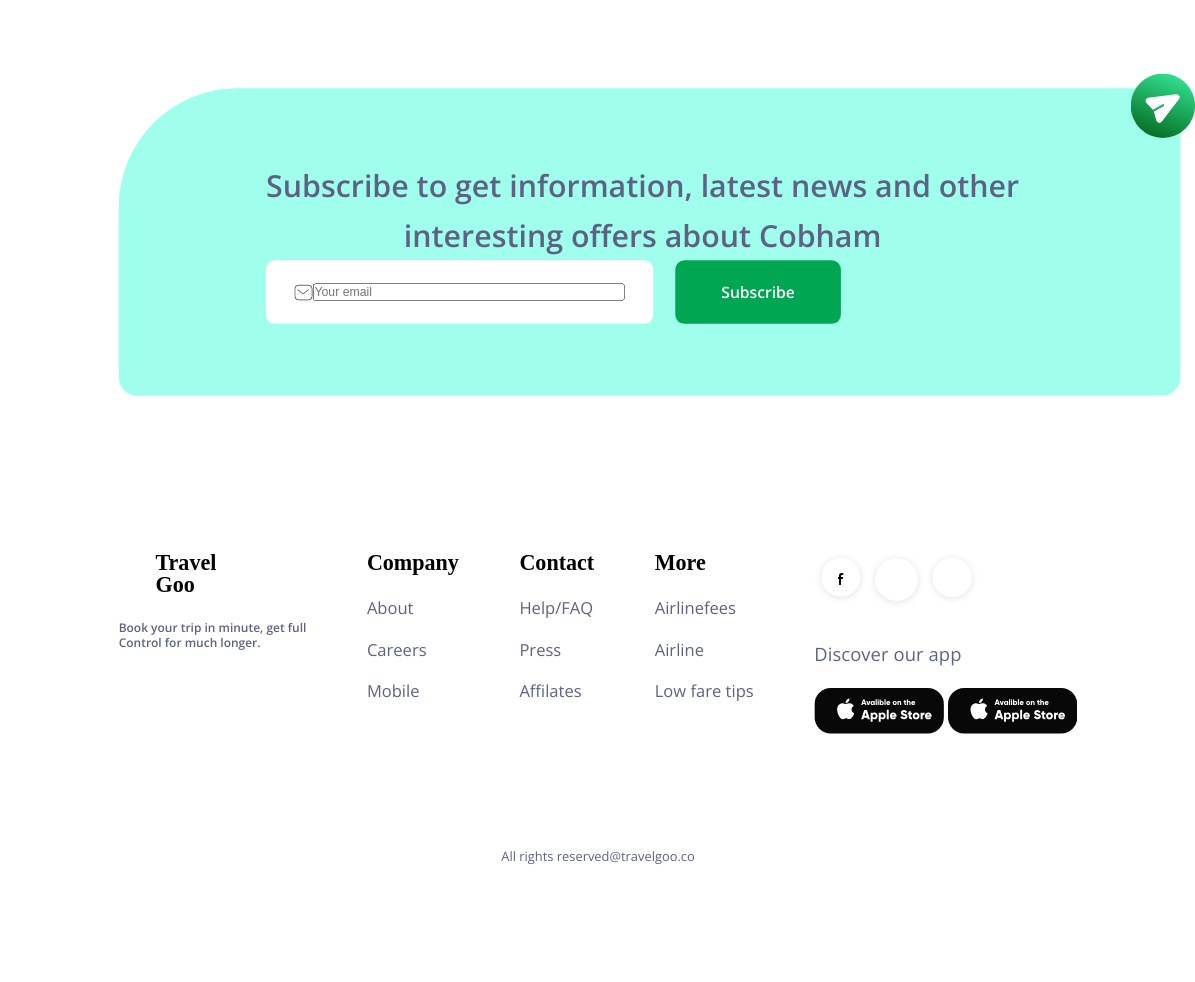
Repository: HeybetzadeQedim/task-5
Page: index.html
An editor plug-in stored every save of this project. The page is shown before and after the next save, followed by the edit.
The browser window is 1280 px wide. The page is 1299 px wide, so the pictures cover 1299 px, including what lies to the right of the window. The pictures show the whole page, at 92% of full size.
Some web fonts or font styles are not loaded; a fallback is used.

Above is the page before, as saved 2023-10-16 16:18:37.

### index.html
<!DOCTYPE html>
<html lang="en">
  <head>
    <meta charset="UTF-8" />
    <meta name="viewport" content="width=device-width, initial-scale=1.0" />
    <title>Document</title>
    <link rel="stylesheet" href="./index.css" />
  </head>
  <body>
    <div class="container">
      <div class="relative-container">
        <div class="box-container">
          <h1>
            Subscribe to get information, latest news and other interesting
            offers about Cobham
          </h1>

  <form action="">

    <div class="input-box">
        <svg xmlns="http://www.w3.org/2000/svg" width="21" height="18" viewBox="0 0 21 18" fill="none">
            <path d="M4 6L9.4 10.05C9.75556 10.3167 10.2444 10.3167 10.6 10.05L16 6" stroke="#39425D" stroke-linecap="round"/>
            <rect x="0.5" y="0.5" width="20" height="17" rx="4.5" stroke="#39425D"/>
            </svg>
        <input type="text" placeholder="Your email">
    </div>
    <button>Subscribe</button>
  </form>
        </div>
        <div class="image-container">
          <img src="images/Group 77 (1).svg" />
        </div>
      </div>

      <div class="main-container">
        <div class="main-box">
          <div class="position-container">
            <h2>
              Travel<br />
              Goo
            </h2>
            <p>
              Book your trip in minute, get full<br />
              Control for much longer.
            </p>
          </div>


            <ul>
                <h2>Company</h2>
              <li>About</li>
              <li>Careers</li>
              <li>Mobile</li>
            </ul>

            <ul>
                <h2>Contact</h2>
              <li>Help/FAQ</li>
              <li>Press</li>
              <li>Affilates</li>
            </ul>
            <ul>
                <h2>More</h2>
              <li>Airlinefees</li>
              <li>Airline</li>
              <li>Low fare tips</li>
</ul>
          <div class="last-container">
            <div class="circle-box">
                <img src="images/Social.svg" />
                <img src="images/Background (1).svg" />
                <img src="images/Background (1).svg" />
            </div>
           <p>Discover our app</p>
      <div class="buttons-box">
              <img src="images/Play Store.svg" />
            <img src="images/Play Store.svg" />
      </div>
          </div>
        </div>
        <div class="footer-box">
          <p>All rights reserved@travelgoo.co</p>
        </div>
      </div>
    </div>
  </body>
</html>

### index.css
@import url("https://fonts.googleapis.com/css2?family=Laila:wght@700&family=Montserrat&family=Open+Sans:wght@400;600;700&display=swap");
* {
  padding: 0;
  margin: 0;
  box-sizing: border-box;
}
.container {
  padding: 96px 109px 64px 129px;
}
.box-container {
  padding: 79px 175px 78px 160px;
  border-radius: 0px 24px 0px 50px;
  display: inline-block;
  background: #9fffec;
  border-radius: 129px 20px 20px 20px;
}
.box-container h1 {
  width: 819px;
  color: var(--TEXT-CLR, #5e6282);
  text-align: center;
  font-family: Open Sans;
  font-size: 33px;
  font-style: normal;
  font-weight: 600;
  line-height: 54px; /* 163.636% */
}
.box-container img:first-child {
  width: 70px;
  height: 70px;
}
.image-container {
  position: absolute;
  top: -16px;
  right: 0;
}
.relative-container {
  width: 1170px;
  position: relative;
  margin-bottom: 170px;
}
.flex-container {
  display: flex;
}
.flex-container-2 {
  margin-top: 75px;
  padding: 25px 0 25px 31px;
  width: 421px;
  display: flex;
  border-radius: 10px;
  background: var(--white, #fff);
}
.flex-container-2 img:first-child {
  width: 21px;
  height: 18px;
}
.flex-container-2 p {
  margin-left: 14px;
  color: var(--TEXT-COLOR, #39425d);
  font-family: Montserrat;
  font-size: 14px;
  font-style: normal;
  font-weight: 400;
  line-height: normal;
}
.button-container p {

}
.main-container .main-box {
  display: flex;
  justify-content: space-between;
}
.position-container {
  /* position: absolute; */
}
.main-container h2 {
  margin-bottom: 25px;
  /* margin-left: 40px; */
  color: #000;
  font-family: Laila;
  font-size: 24px;
  font-style: normal;
  font-weight: 700;
  line-height: 102.5%;
}
.position-container h2 {
  margin-left: 40px;
}
.main-container p {
  color: var(--TEXT-CLR, #5e6282);
  font-family: Open Sans;
  font-size: 13px;
  font-style: normal;
  font-weight: 600;
  line-height: 124.5%;
}
ul h2 {
  margin-bottom: 47px;
}

ul li {
  margin-bottom: 23px;
  list-style-type: none;
  color: var(--TEXT-CLR, #5e6282);
  font-family: Open Sans;
  font-size: 18px;
  font-style: normal;
  font-weight: 400;
  line-height: 124.5%;
}

.last-container p {
  /* margin-right: 160px; */
  margin-bottom: 22px;
  margin-top: 37px;
  color: var(--TEXT-CLR, #5e6282);
  font-family: Open Sans;
  font-size: 20px;
  font-style: normal;
  font-weight: 400;
  line-height: 124.5%;
  letter-spacing: 0.1px;
}
.last-container .circle-box img:first-child {
  width: 58px;
  height: 58px;
}
.last-container .circle-box img:nth-child(2) {
  width: 63px;
  height: 63px;
}
.last-container .circle-box img:nth-child(3) {
  /* margin-right: 150px; */
  width: 58px;
  height: 58px;
}

.footer-box p {
  margin-top: 120px;
  margin-bottom: 64px;
  text-align: center;
  color: var(--TEXT-CLR, #5e6282);
  font-family: Open Sans;
  font-size: 14px;
  font-style: normal;
  font-weight: 400;
  line-height: 124.5%;
}

.circle-box {
  display: flex;
}
form{
  display: flex;
}

form button{
  margin-left: 24px;
  padding: 22px 50px 23px 50px;
  border-radius: 10px;
  background-color: #00a651;
  display: inline-block;
  color: var(--white, #fff);
  text-align: center;
  font-family: Open Sans;
  font-size: 17px;
  font-style: normal;
  font-weight: 600;
  line-height: normal;
  border: none;
}
form .input-box{
  width: 421px;
  padding: 25px 31px;
  border-radius: 10px;
background: var(--white, #FFF);
display: flex;
align-items: center;

}
form input{
width: 100%;

}

After the next save:
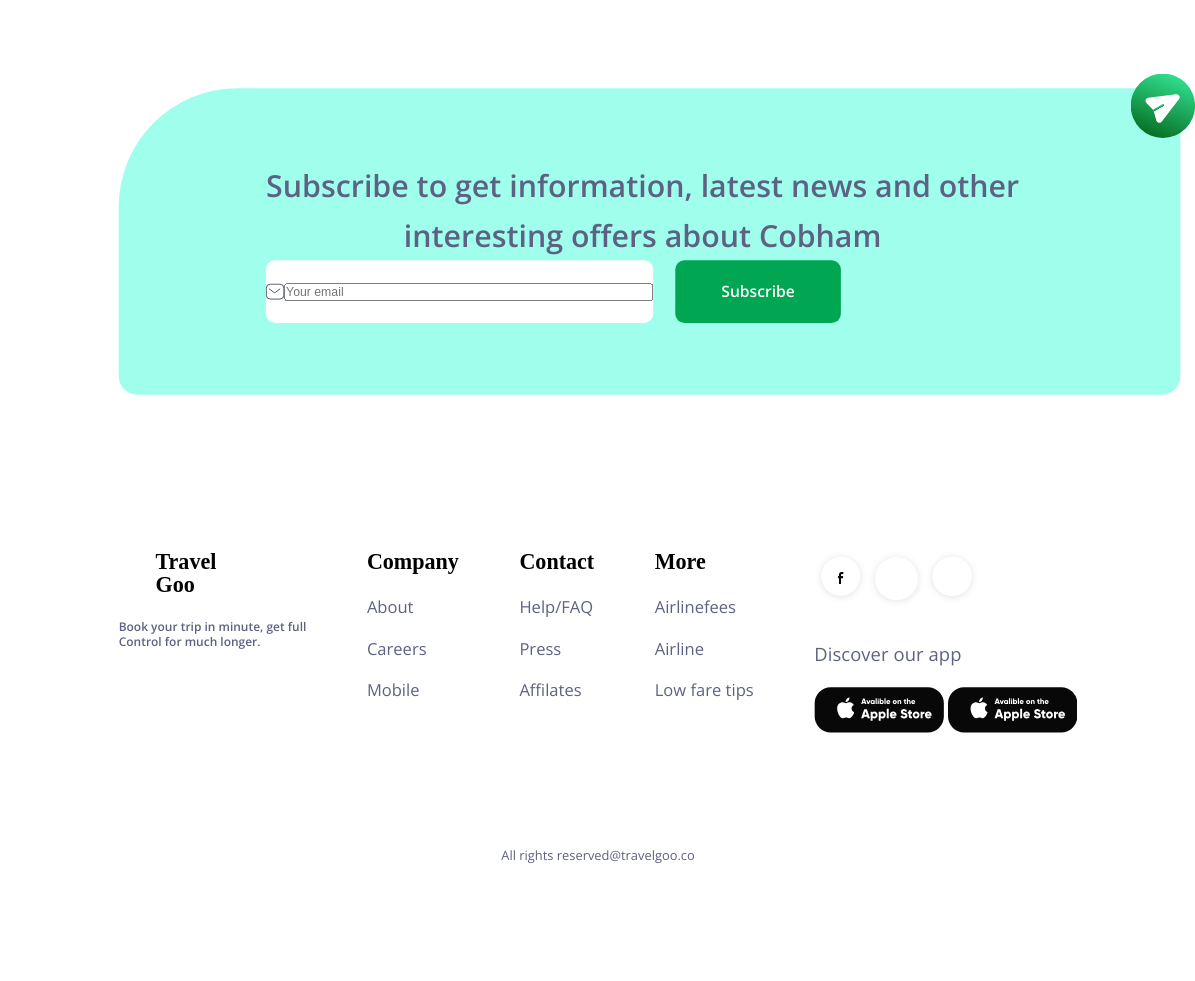
Saved 12 s later.
--- a/index.css
+++ b/index.css
@@ -170,7 +170,7 @@ form button{
 }
 form .input-box{
   width: 421px;
-  padding: 25px 31px;
+  /* padding: 25px 31px; */
   border-radius: 10px;
 background: var(--white, #FFF);
 display: flex;
